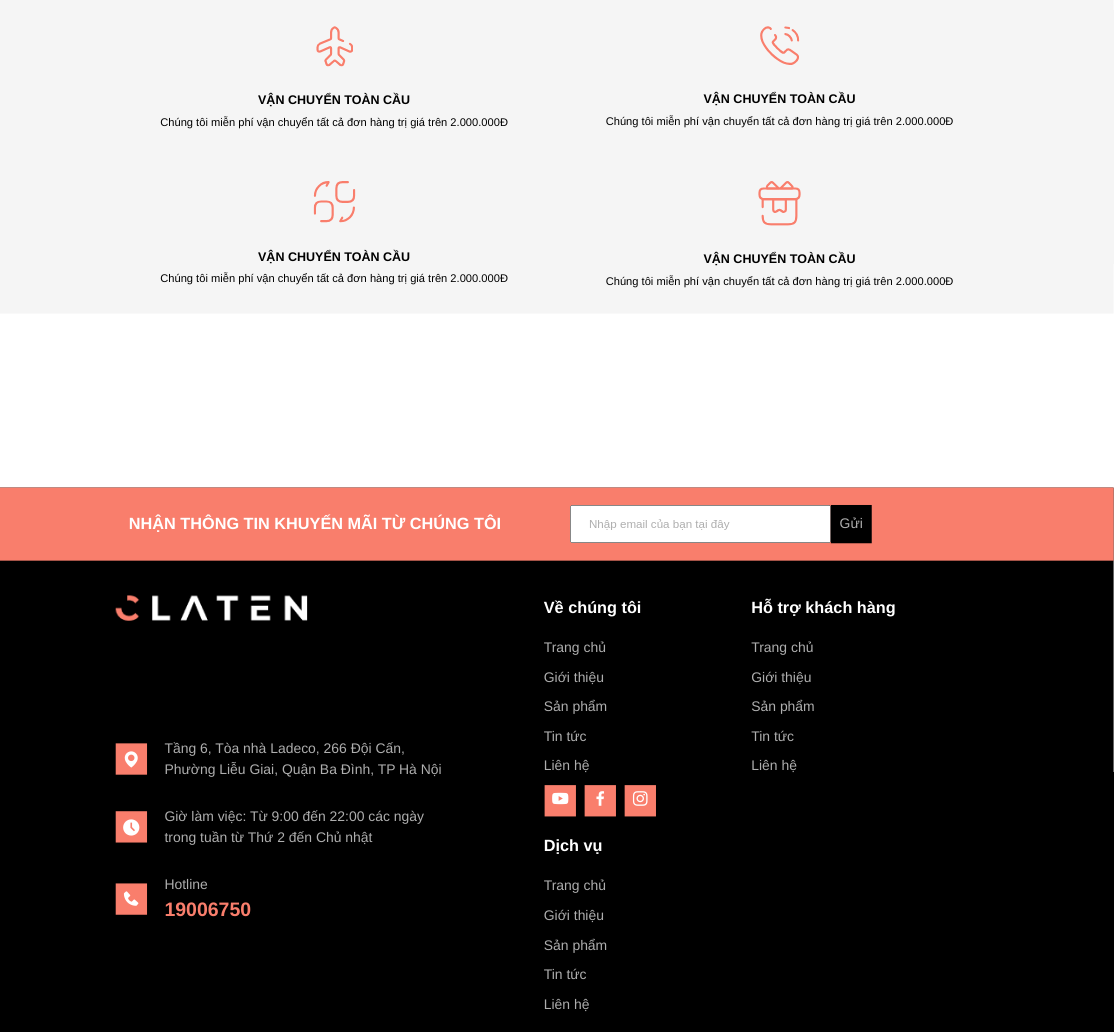
Repository: RennoPMXK/doan
Page: index.html
The author's editor kept a copy of each file at every save. The page is drawn from the files as they stood at one save, then again after the next save.
The browser window is 1280 px wide. The pictures show the part of the page from y = 573 to 1792 px (the page is 1760 px tall before and 1792 px after), at 87% of full size.

Above is the page before, as saved 2021-11-16 20:04:28.

After the next save:
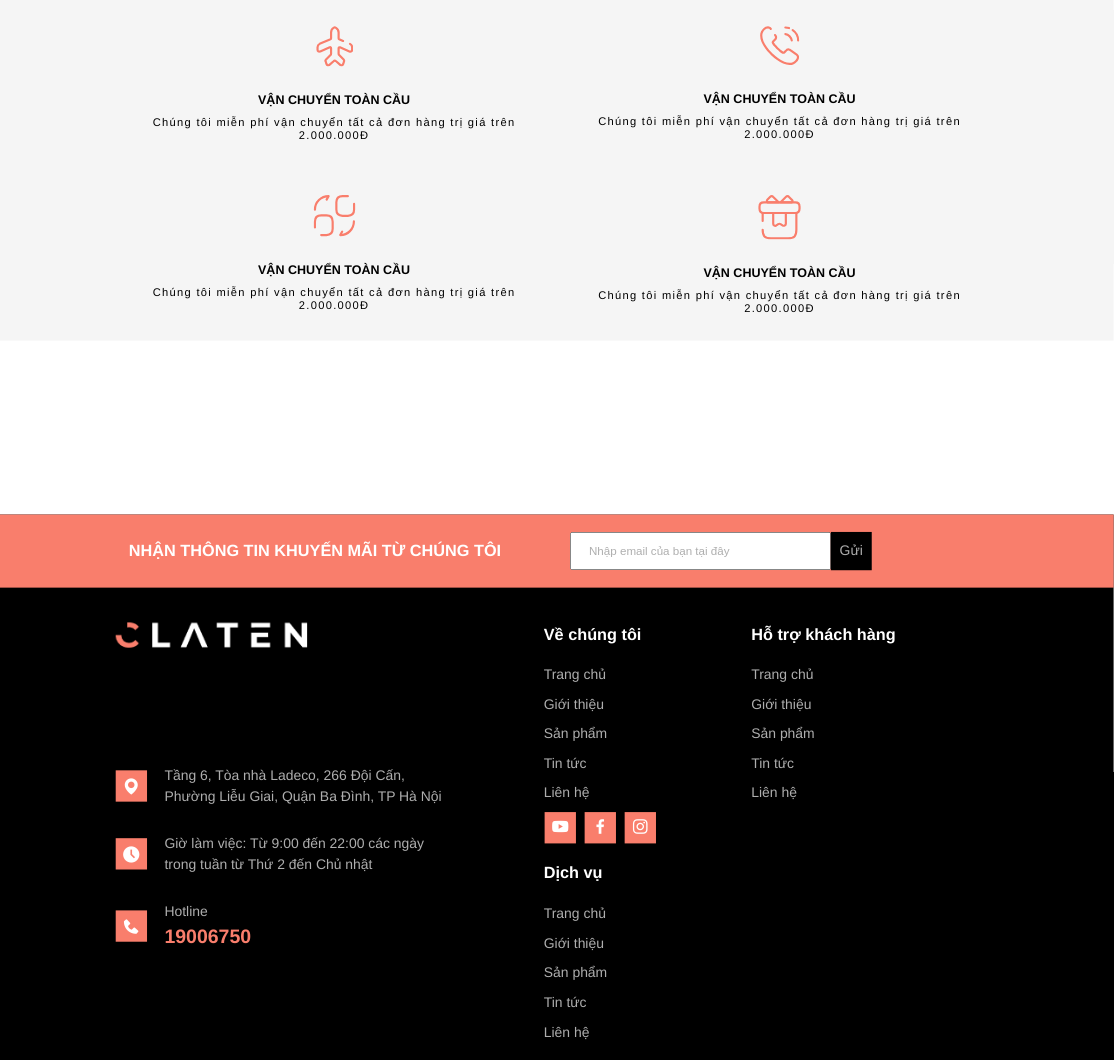
Saved 66 s later.
--- a/style.css
+++ b/style.css
@@ -364,6 +364,8 @@ li {
 
 .hero-section-mini-item p {
    font-size: 0.8rem;
+   line-height: 1.2;
+   letter-spacing: 1.5px;
 }
 /* footer */
 .footer {
